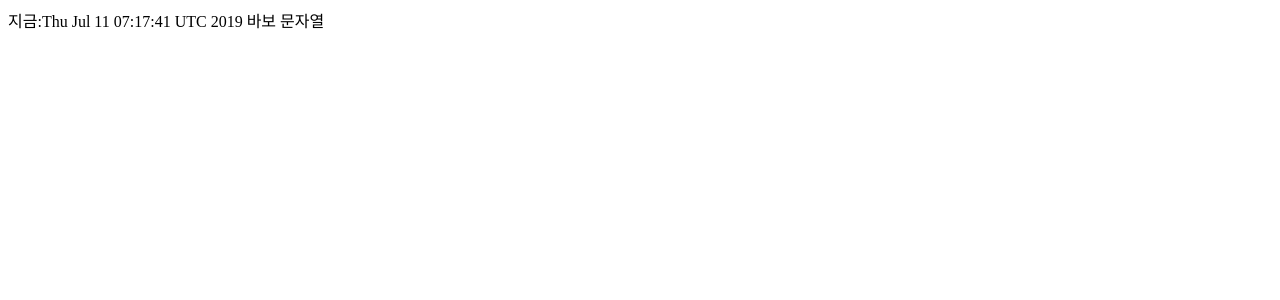
Repository: ikobean/ikoebean
Page: http://localhost/dev_jsp/ch2/p47.jsp
The author's editor kept a copy of each file at every save. The page is drawn from the files as they stood at one save, then again after the next save.
The browser window is 1280 px wide. The pictures show the whole page.
The page is served by Tomcat 9.

Above is the page before, as saved 2019-07-11 07:20:49.

After the next save:
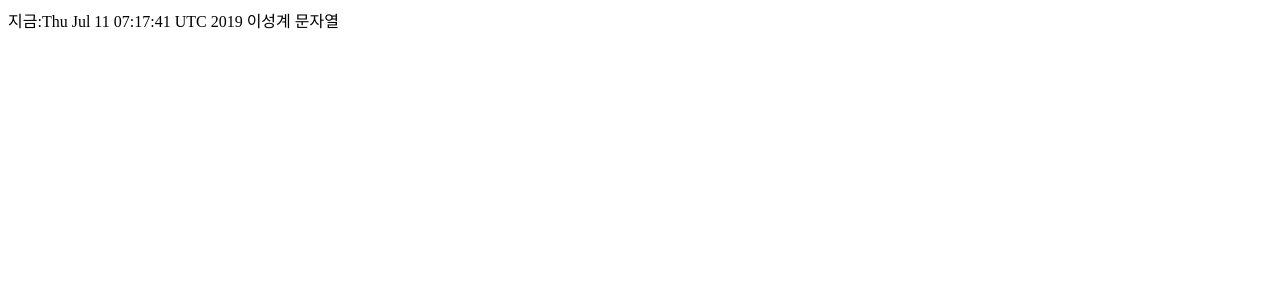
Saved 11 min 51 s later.
--- a/workspace_jsp/dev_jsp/WebContent/ch2/p47.jsp
+++ b/workspace_jsp/dev_jsp/WebContent/ch2/p47.jsp
@@ -19,7 +19,8 @@
 
 <% //스크립틀릿
 //스크립틀릿 안에 선언하면 지변
-	//String name;
+	String name;
+	name="이성계";
 	out.print(name);
 %>
 <%=
